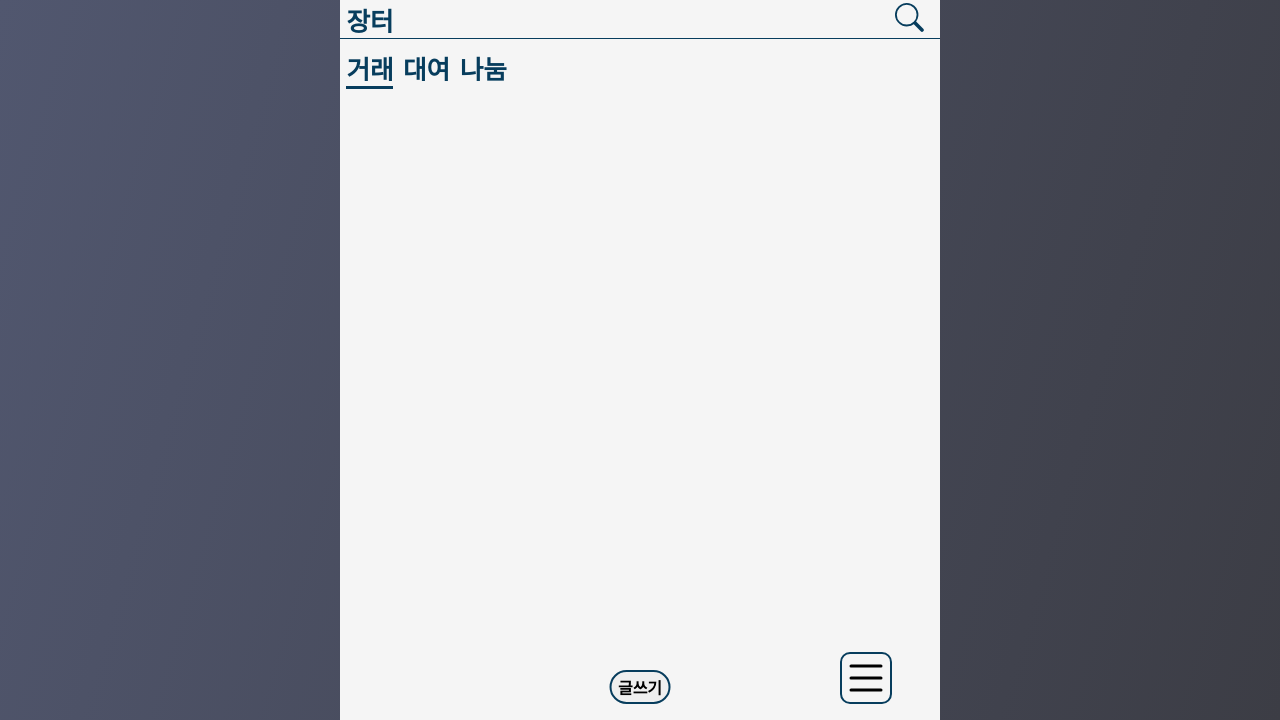
Repository: SeungYn/hanium
Page: /trade/trade
The author's editor kept a copy of each file at every save. The page is drawn from the files as they stood at one save, then again after the next save.
The browser window is 1280 px wide. The pictures show the whole page.
The page's requests for data from a server got no answer. The project was rebuilt for these pictures with package versions that can differ from the ones it lists, and the page was loaded fresh each time. No one was signed in, and anything a server would have sent is missing. Also part of the build but not shown: src/App.css, src/components/Chat/ChatHeader/ChatHeader.module.css, src/components/Chat/ChatHeader/ChatHeader.jsx, src/components/Chat/ChatPeoples/ChatPeoples.jsx, src/components/Chat/ChatSideBar/ChatSideBar.module.css, src/components/Chat/ChatSideBar/ChatSideBar.jsx, src/components/ReadPopup/ReadPopup.module.css, src/components/ReadPopup/ReadPopup.jsx and 24 more.

Above is the page before, as saved 2022-11-21 15:24:00.

After the next save:
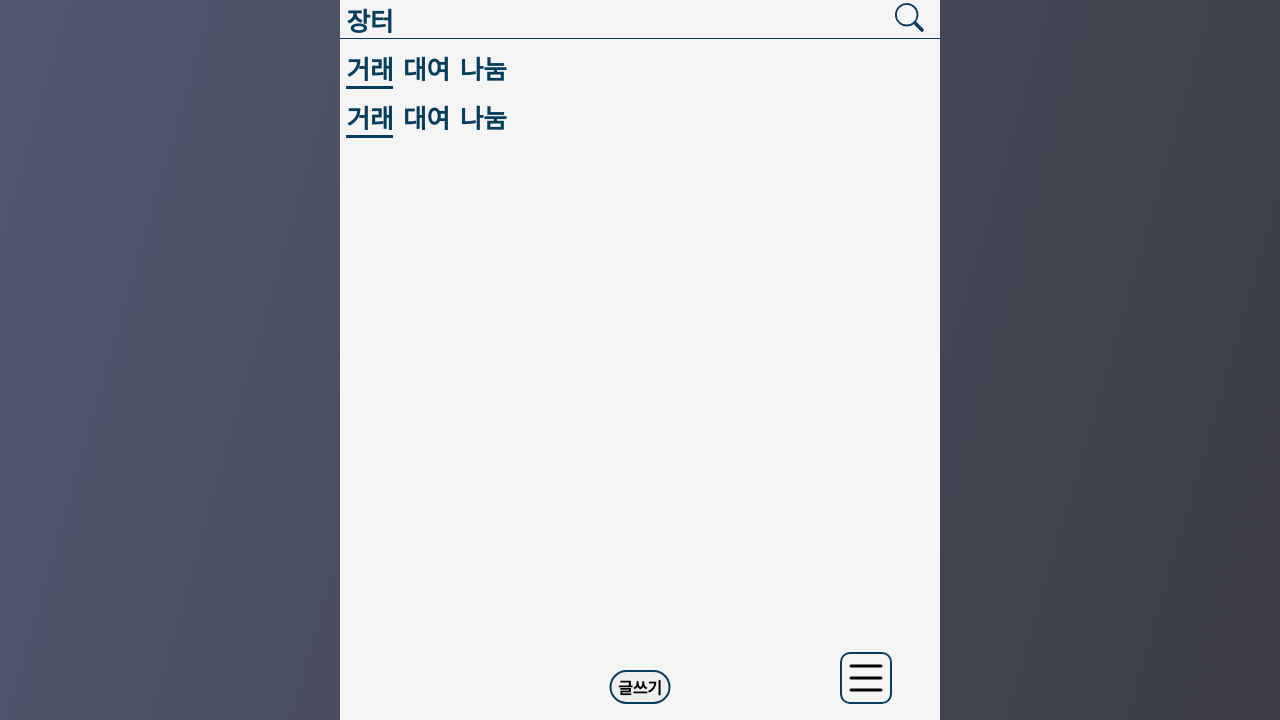
Saved 117 s later.
--- a/src/pages/TradePage/TradePage.jsx
+++ b/src/pages/TradePage/TradePage.jsx
@@ -2,6 +2,7 @@ import { DataArrayTwoTone } from '@mui/icons-material';
 import React, { useState } from 'react';
 import { useEffect } from 'react';
 import { useLocation, useNavigate, useParams } from 'react-router-dom';
+import TradeCategory from '../../components/Trade/TradeCategory/TradeCategory';
 import TradeItem from '../../components/Trade/TradeItem/TradeItem';
 import { TradeMaker } from '../../components/Trade/TradeMaker/TradeMaker';
 import UpPageToggleBtn from '../../components/UpPageToggleBtn/UpPageToggleBtn';
@@ -39,6 +40,7 @@ export default function TradePage({ tradeService, type }) {
   return (
     <>
       <main className={styles.body}>
+        <TradeCategory />
         <ul className={styles.items}>
           {tradeItem &&
             tradeItem.map((item) => (

After the save that followed:
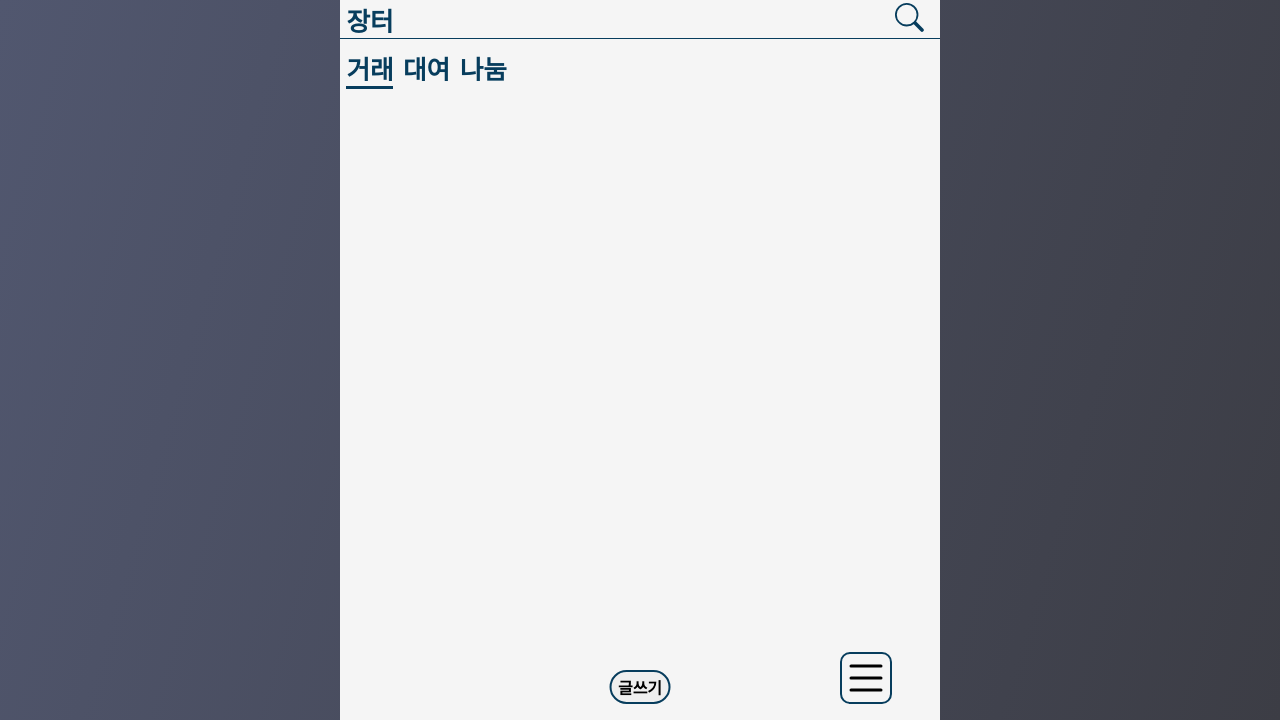
Saved 16 s later.
--- a/src/pages/Root.jsx
+++ b/src/pages/Root.jsx
@@ -27,7 +27,7 @@ export default function Root({ routes }) {
         <Header name={name} />
       )}
 
-      {name === '장터' && <TradeCategory />}
+      {/* {name === '장터' && <TradeCategory />} */}
       <Outlet />
       {!['채팅', 'detail', '장터검색'].includes(name) && <Navbar />}
     </>
